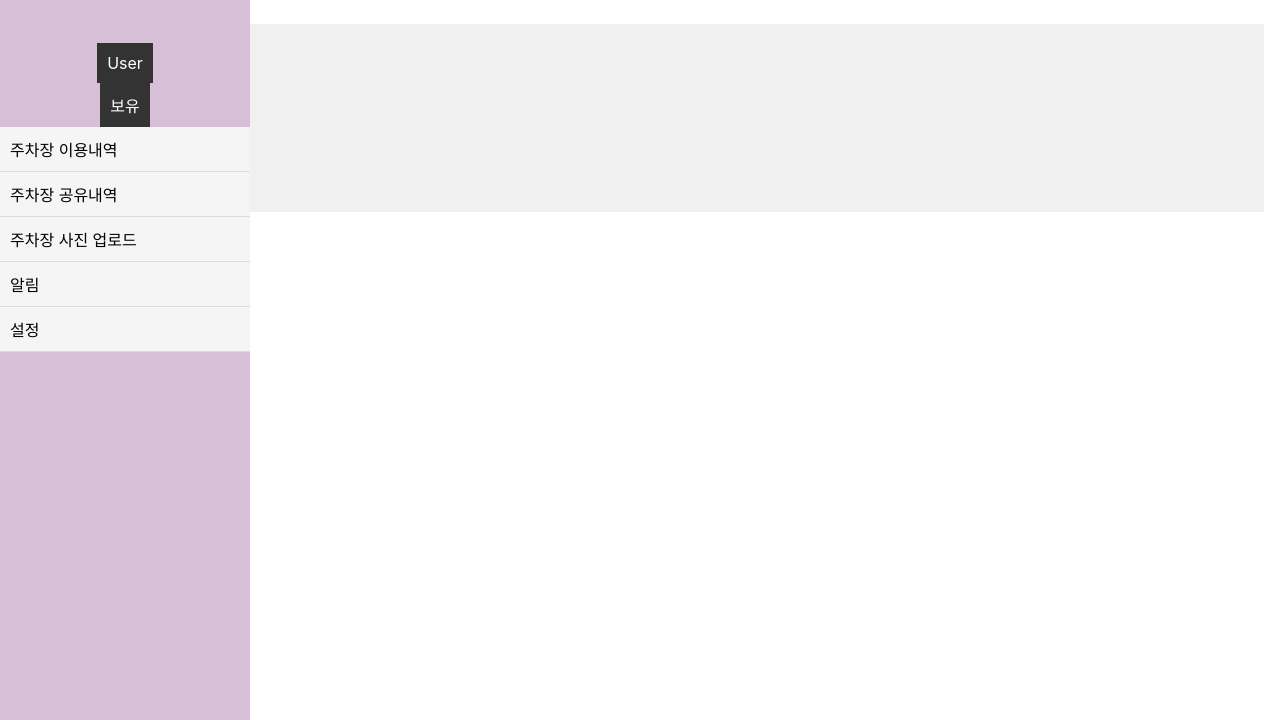
Repository: ohjjoa/reactTest
Page: /, after clicking the first element matching `img`
An editor plug-in stored every save of this project. The page is shown before and after the next save, followed by the edit.
The browser window is 1280 px wide. The pictures show the whole page.
The project was rebuilt for these pictures with package versions that can differ from the ones it lists, and the page was loaded fresh each time.

Above is the page before, as saved 2024-08-02 05:21:26.

### src/App.tsx
import { BrowserRouter as Router, Route, Routes } from 'react-router-dom';
import Home from './pages/Home';

function App() {
  return (
    <Router>
      <Routes>
        <Route path="/" element={<Home />} />
        {/* 다른 Route 추가 가능 */}
      </Routes>
    </Router>
  );
}

export default App;

### src/pages/Home/index.tsx
import React, { useState, useRef, useEffect } from 'react';
import { FixedSizeList as List } from 'react-window';
import { TestContainer, Sidebar, SidebarOpen } from './styles';
import icBurger from '../../assets/ic_burger.svg';

// 리스트 항목의 데이터
// const items = new Array(5).fill(null).map((_, index) => `Item ${index + 1}`);
// 리스트 항목의 데이터
const items = [
  '주차장 이용내역',
  '주차장 공유내역',
  '주차장 사진 업로드',
  '알림',
  '설정'
];

const Home = () => {
  const [sideBarOpen, setSideBarOpen] = useState(false);
  const sidebarRef = useRef<HTMLDivElement>(null);
  const backgroundRef = useRef<HTMLDivElement>(null);

  const burgerClick = () => {
    setSideBarOpen(!sideBarOpen);
  };

  const handleClickOutside = (event: MouseEvent | TouchEvent) => {
    if (
      sidebarRef.current &&
      !sidebarRef.current.contains(event.target as Node) &&
      backgroundRef.current &&
      !backgroundRef.current.contains(event.target as Node)
    ) {
      setSideBarOpen(false);
    }
  };

  useEffect(() => {
    const handleContextMenu = (event: MouseEvent) => {
      event.preventDefault(); // 기본 우클릭 메뉴 막기
      event.stopPropagation(); // 이벤트 전파 막기
      return false;
    };

    window.addEventListener('contextmenu', handleContextMenu);
    // 데스크탑 환경
    document.addEventListener('mousedown', handleClickOutside);
    // 모바일 환경
    document.addEventListener('touchstart', handleClickOutside);

    return () => {
      window.removeEventListener('contextmenu', handleContextMenu);
      document.removeEventListener('mousedown', handleClickOutside);
      document.removeEventListener('touchstart', handleClickOutside);
    };
  }, []);

  // 사이드바 아이템 렌더링
  const Row = ({ index, style }: { index: number; style: React.CSSProperties }) => (
    <div
    style={{
      backgroundColor: '#f5f5f5', // 아이템의 배경 색상
      padding: '10px', // 아이템의 패딩
      borderBottom: '1px solid #ddd', // 아이템 하단의 경계선 (선택 사항)
      boxSizing: 'border-box', // 패딩과 경계선이 요소의 전체 크기에 포함되도록
      color: '#000000'
    }}
  >
    {items[index]}
    </div>
  );

  return (
    <div ref={backgroundRef}>
      <TestContainer>
        <img
          src={icBurger}
          alt="Burger Icon"
          style={{
            maxWidth: '100%',
            height: 'auto',
            cursor: 'pointer',
            marginTop: '50px',
          }}
          onClick={burgerClick} // 클릭 이벤트로 사이드바 열기/닫기 처리
        />
      </TestContainer>

      {sideBarOpen && (
        <SidebarOpen ref={sidebarRef}
        style={{ display: 'flex', flexDirection: 'column', width: '250' }}>
          <div style={{ padding: '10px', backgroundColor: '#333', color: '#fff', width: '250' }}>
            User
          </div>
          <div style={{ padding: '10px', backgroundColor: '#333', color: '#fff'}}>
            보유
          </div>
          <List
            height={550} // 사이드바의 높이에서 연락처의 높이를 제외한 값
            itemCount={items.length} // 아이템 수
            itemSize={50} // 아이템의 높이
            width={250} // 사이드바의 너비
          >
            {Row}
          </List>
        </SidebarOpen>
      )}
      {!sideBarOpen && (
        <Sidebar ref={sidebarRef}>
          <div>Sidebar Content</div>
        </Sidebar>
      )}
    </div>
  );
};

export default Home;

### src/pages/Home/styles.tsx
import { styled } from '@stitches/react';

const TestContainer = styled('div', {
  paddingLeft: '16px',
  paddingRight: '16px',
  marginTop: '24px',
  paddingBottom: '110px',
  backgroundColor: '#f0f0f0',
  marginLeft: '16px',
  marginRight: '16px',
});

const Sidebar = styled('div', {
  position: 'fixed',
  top: 0,
  left: '-250px', // 사이드바가 화면 밖으로 숨겨져 있도록 설정
  width: '250px',
  height: '100%',
  backgroundColor: '#D8BFD8',
  color: 'white',
  transition: 'left 0.3s ease', // 애니메이션 효과
  display: 'flex',
  alignItems: 'center',
  justifyContent: 'center',
  zIndex: 1000, // 사이드바가 다른 요소 위에 오도록 설정
});

const SidebarOpen = styled(Sidebar, {
  left: 0, // 사이드바가 화면에 보이도록 설정
});


export { TestContainer, Sidebar, SidebarOpen };

Loaded but not shown: public/index.html (common file); src/index.tsx (common file); src/index.css (common file); src/reportWebVitals.ts (common file)

After the next save:
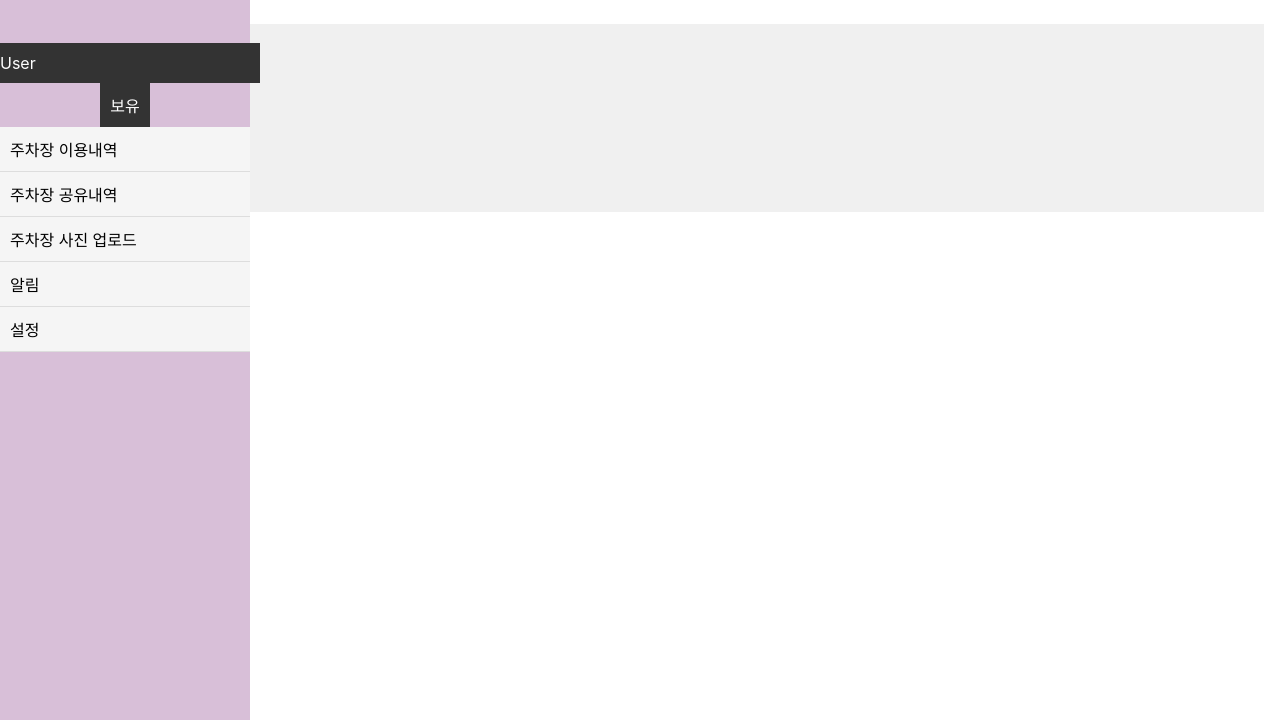
Saved 11 s later.
--- a/src/pages/Home/index.tsx
+++ b/src/pages/Home/index.tsx
@@ -88,7 +88,7 @@ const Home = () => {
       {sideBarOpen && (
         <SidebarOpen ref={sidebarRef}
         style={{ display: 'flex', flexDirection: 'column', width: '250' }}>
-          <div style={{ padding: '10px', backgroundColor: '#333', color: '#fff', width: '250' }}>
+          <div style={{ padding: '10px', backgroundColor: '#333', color: '#fff', width: '250px' }}>
             User
           </div>
           <div style={{ padding: '10px', backgroundColor: '#333', color: '#fff'}}>
